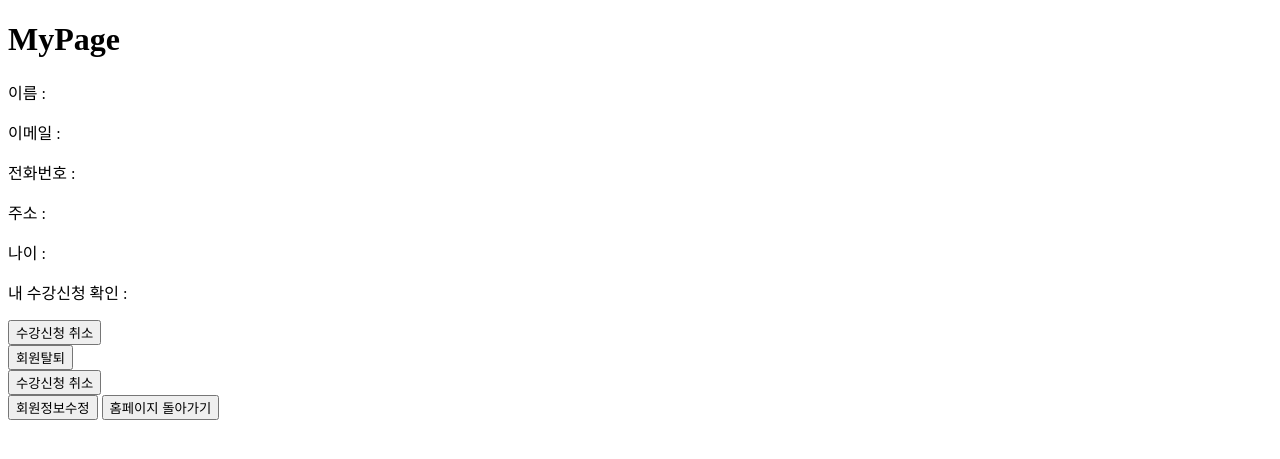
Repository: seonghun9906/semiProject
Page: http://localhost/drawAcademy/WEB-INF/views/member/mypage.jsp
These files come from the project's save history. The page is drawn as it stood at one moment and after the next save; the edit follows.
The browser window is 1280 px wide. The pictures show the whole page.
The page is served by Tomcat 9. Nobody is signed in. The template is opened directly, without the code that normally fills it, so the values that code supplies are empty.

Above is the page before, as saved 2024-02-26 00:48:49.

After the next save:
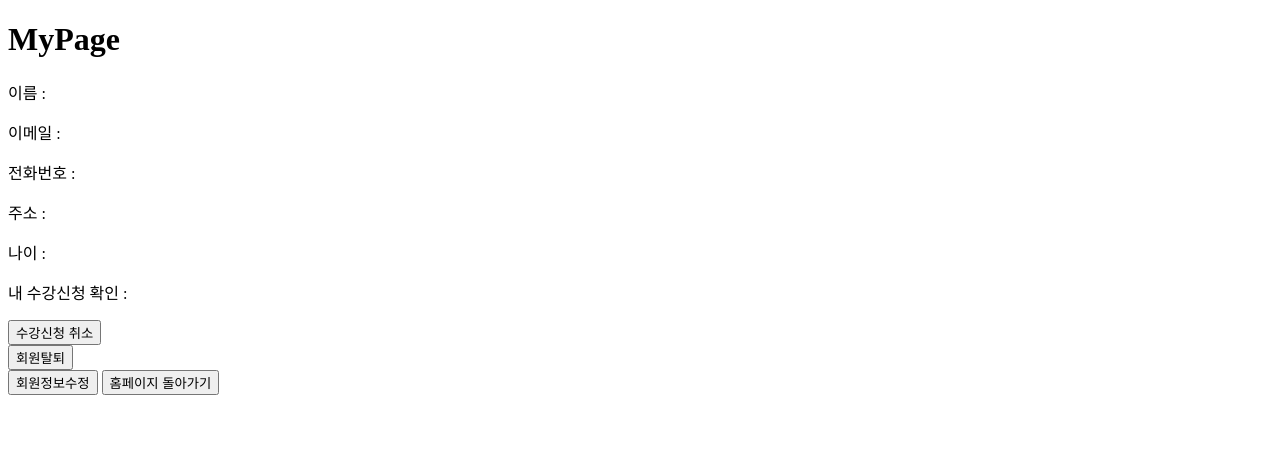
Saved 43 s later.
--- a/drawAcademy/src/main/webapp/WEB-INF/views/member/mypage.jsp
+++ b/drawAcademy/src/main/webapp/WEB-INF/views/member/mypage.jsp
@@ -31,9 +31,6 @@
     	<form action="memout" method="get">
     	<input type="submit" value="회원탈퇴">
     	</form>
-    	<form action="classCancle" method="post">
-    	<input type ="submit" value="수강신청 취소">
-    	</form>
     <button onclick="location.href='./setting'">회원정보수정</button>
    	<button onclick="location.href='./'">홈페이지 돌아가기</button>
 
